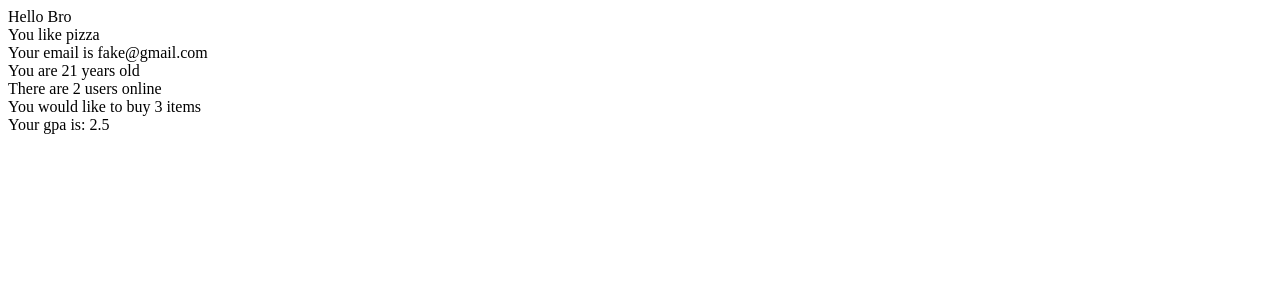
Repository: PannDev/BelajarPHP
Page: http://localhost/BroCode/2 - Variable/index.php
These files come from the project's save history. The page is drawn as it stood at one moment and after the next save; the edit follows.
The browser window is 1280 px wide. The pictures show the whole page.
The page is run by PHP 8.4 with error messages shown; the project is at /var/www/html/.

Above is the page before, as saved 2026-10-10 17:02:46.

### BroCode/2 - Variable/index.php
<?php

    $name = "Bro";
    $food = "pizza";
    $email = "fake@gmail.com";
    $age = 21;
    $users = 2;
    $quantity = 3;
    $gpa = 2.5;


    echo "Hello {$name} <br>";
    echo "You like {$food} <br>";
    echo "Your email is {$email} <br>";
    echo "You are {$age} years old <br>";
    echo "There are {$users} users online <br>";
    echo "You would like to buy 3 items <br>";
    echo "Your gpa is: {$gpa}";
    echo ""

?>

After the next save:
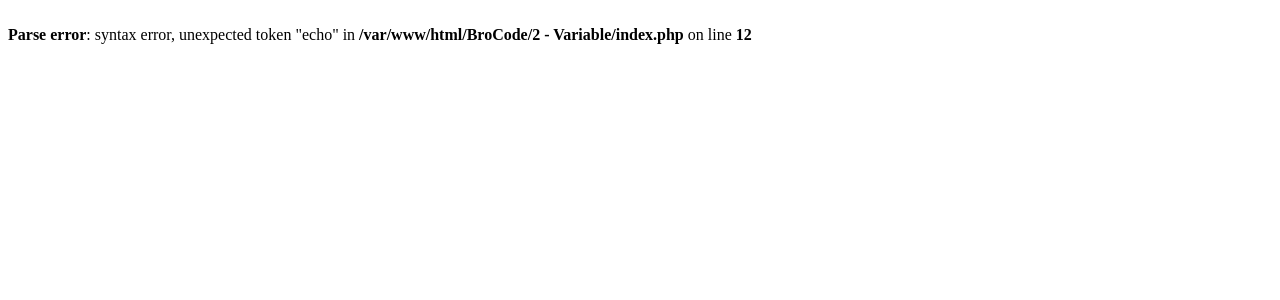
Saved 28 s later.
--- a/BroCode/2 - Variable/index.php
+++ b/BroCode/2 - Variable/index.php
@@ -7,7 +7,7 @@
     $users = 2;
     $quantity = 3;
     $gpa = 2.5;
-
+    $price
 
     echo "Hello {$name} <br>";
     echo "You like {$food} <br>";

After the save that followed:
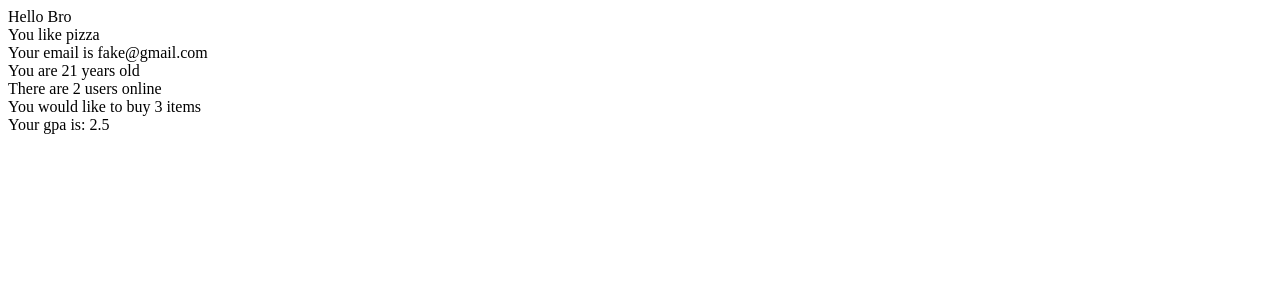
Saved 4 s later.
--- a/BroCode/2 - Variable/index.php
+++ b/BroCode/2 - Variable/index.php
@@ -7,7 +7,7 @@
     $users = 2;
     $quantity = 3;
     $gpa = 2.5;
-    $price
+    $price = 4.99;
 
     echo "Hello {$name} <br>";
     echo "You like {$food} <br>";
